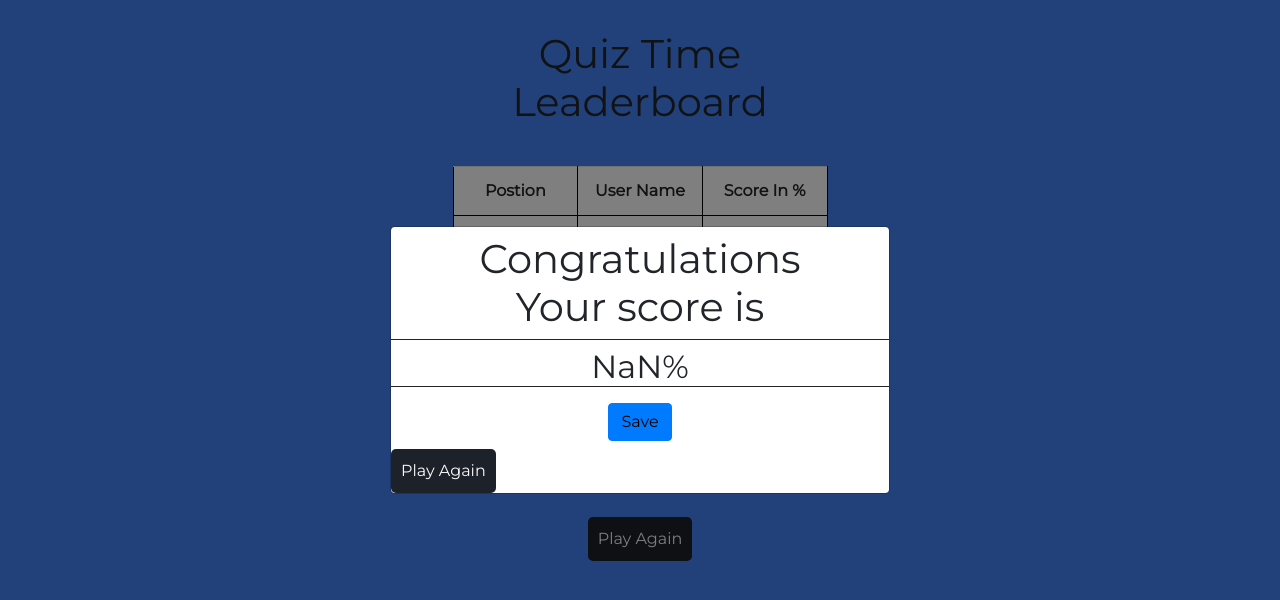
Repository: Code-Institute-Submissions/quiz-1
Page: leaderboard.html
The author's editor kept a record of every edit. The page is drawn from the files as they stood at one moment, then again after the next edit.
The browser window is 1280 px wide. The pictures show the window.
A layer covers the whole window, so only the first screen is drawn.

Above is the page before.

### leaderboard.html
<!DOCTYPE html>
<html lang="en">

<head>
    <meta charset="UTF-8">
    <meta name="viewport" content="width=device-width, initial-scale=1.0">
    <meta http-equiv="X-UA-Compatible" content="ie=edge">
    <link rel="stylesheet" href="https://stackpath.bootstrapcdn.com/bootstrap/4.4.1/css/bootstrap.min.css" type="text/css" />
    <link rel="stylesheet" href="https://stackpath.bootstrapcdn.com/font-awesome/4.7.0/css/font-awesome.min.css" type="text/css" />
    <link href="https://fonts.googleapis.com/css2?family=Montserrat&display=swap" rel="stylesheet">
    <link rel="stylesheet" href="assets/css/style.css" type="text/css" />
    <script src="https://cdnjs.cloudflare.com/ajax/libs/jquery/3.5.0/jquery.min.js" integrity="sha256-xNzN2a4ltkB44Mc/Jz3pT4iU1cmeR0FkXs4pru/JxaQ=" crossorigin="anonymous"></script>
    <script type="text/javascript" src="assets/js/modal-score.js"></script>
    <script type="text/javascript" src="assets/js/leaderboard.js"></script>
    <title>Quiz</title>
</head>

<body onload="scorePercent()">
    <div class="container-fluid home">
        <div class="modal fade" id="exampleModalCenter" tabindex="-1" role="dialog" aria-labelledby="exampleModalCenterTitle" aria-hidden="true">
            <div class="modal-dialog modal-dialog-centered" role="document">
                <div class="modal-content">
                    <div class="modal-heading">
                        <h1>Congratulations<br>Your score is</h1>
                    </div>
                    <div>
                        <h2 id="scorePercent"></h2>
                    </div>
                    <div class="modal-form">
                        <form>
                            <button type="submit" name="username" id="saveScoreBtn" class="btn btn-primary" onclick="saveHighScore()" data-dismiss="modal">Save</button>
                        </form>
                    </div>
                    <div id="footer-btns">
                        <a href="load.html" class="load-button">Play Again</a>
                    </div>
                </div>
            </div>
        </div>
        <div class="table">
            <caption><h1 class="leaderboard-title">Quiz Time<br>Leaderboard</h1></caption>
            <table id="highScores">
                <tr>
                    <th>Postion</th>
                    <th>User Name</th>
                    <th>Score In %</th>
                </tr>
                <tr>
                    <td>1st</td>
                    <td id="username-1"></td>
                    <td id="score-1" data-score1="0"></td>
                </tr>
                <tr>
                    <td>2nd</td>
                    <td id="username-2"></td>
                    <td id="score-2" data-score2="0"></td>
                </tr>
                <tr>
                    <td>3rd</td>
                    <td id="username-3"></td>
                    <td id="score-3" data-score3="0"></td>
                </tr>
                <tr>
                    <td>4th</td>
                    <td id="username-4"></td>
                    <td id="score-4" data-score4="0"></td>
                </tr>
                <tr>
                    <td>5th</td>
                    <td id="username-5"></td>
                    <td id="score-5" data-score5="0"></td>
                </tr>
            </table>
        </div>
        <div class="container-fluid load">
            <a href="load.html" class="load-button">Play Again</a>
        </div>
    </div>
    <footer class="container-fluid">
        <div id="footer-details" class="row">
            <div class="col-sm">
                <h4 class="uppercase footer-info">Social Links</h4>
                <ul class="list-inline social-links">
                    <li class="list-inline-item">
                        <a target="_blank" href="#">
                            <i class="fa fa-facebook fa-3x" aria-hidden="true"></i>
                            <span class="sr-only">Facebook</span>
                        </a>
                    </li>
                    <li class="list-inline-item">
                        <a target="_blank" href="#">
                            <i class="fa fa-twitter fa-3x" aria-hidden="true"></i>
                            <span class="sr-only">Twitter</span>
                        </a>
                    </li>
                    <li class="list-inline-item">
                        <a target="_blank" href="#">
                            <i class="fa fa-linkedin fa-3x" aria-hidden="true"></i>
                            <span class="sr-only">LinkedIn</span>
                        </a>
                    </li>
                    <li class="list-inline-item">
                        <a target="_blank" href="#">
                            <i class="fa fa-pinterest fa-3x" aria-hidden="true"></i>
                            <span class="sr-only">pinterest</span>
                        </a>
                    </li>
                    <li class="list-inline-item">
                        <a target="_blank" href="#">
                            <i class="fa fa-instagram fa-3x" aria-hidden="true"></i>
                            <span class="sr-only">Instagram</span>
                        </a>
                    </li>
                    <li class="list-inline-item">
                        <a target="_blank" href="#">
                            <i class="fa fa-youtube fa-3x" aria-hidden="true"></i>
                            <span class="sr-only">Youtube</span>
                        </a>
                    </li>
                </ul>
                <div class="copyright">
                    <p>Copyright &#169; Quiz<br>Website by Joseph Kelly</p>
                </div>
            </div>
        </div>
    </footer>
    <script src="https://code.jquery.com/jquery-3.3.1.slim.min.js" integrity="sha384-q8i/X+965DzO0rT7abK41JStQIAqVgRVzpbzo5smXKp4YfRvH+8abtTE1Pi6jizo" crossorigin="anonymous"></script>
    <script src="https://cdnjs.cloudflare.com/ajax/libs/popper.js/1.14.7/umd/popper.min.js" integrity="sha384-UO2eT0CpHqdSJQ6hJty5KVphtPhzWj9WO1clHTMGa3JDZwrnQq4sF86dIHNDz0W1" crossorigin="anonymous"></script>
    <script src="https://stackpath.bootstrapcdn.com/bootstrap/4.3.1/js/bootstrap.min.js" integrity="sha384-JjSmVgyd0p3pXB1rRibZUAYoIIy6OrQ6VrjIEaFf/nJGzIxFDsf4x0xIM+B07jRM" crossorigin="anonymous"></script>
</body>

</html>

### assets/css/style.css
body {
  font-family: 'Montserrat', sans-serif;
}



/*--------------------------- home --------------- */

.home {
  background-color: #4582F4;
  height: 765px;
}

.info {
  font-family: 'Montserrat', sans-serif;
  text-align: center;
  padding-top: 40px;
  width: 50%;
  margin: auto;
}

.load {
  display: flex;
  justify-content: center;
  align-items: center;
  padding-top: 40px;
  padding-bottom: 40px;
}

.load-button {
  background-color: #1D2129;
  webkit-appearance: button;
  -moz-appearance: button;
  appearance: button;

  text-decoration: none;
  color: #fafafa;
  padding: 10px;
  border-radius: 5px;
}

/*--------------------------- animation --------------- */

.quiz-time {
  text-align: center;
  padding-top: 100px;
  width: 100vw;
  font-family: 'Montserrat', sans-serif;
  display: flex;
  justify-content: center;
  align-items: center;
  margin: -20px;
}

h1 span {
  position: relative;
  top: 20px;
  display: inline-block;
  -webkit-animation: bounce 0.3s ease infinite alternate;
  font-size: 100px;
  color: #fff;
  text-shadow: 0 1px 0 #ccc, 0 2px 0 #ccc, 0 3px 0 #ccc, 0 4px 0 #ccc,
  0 5px 0 #ccc, 0 6px 0 transparent, 0 7px 0 transparent, 0 8px 0 transparent,
  0 9px 0 transparent, 0 10px 10px rgba(0, 0, 0, 0.4);
}

h1 span:nth-child(2) {
  -webkit-animation-delay: 0.1s;
}

h1 span:nth-child(3) {
  -webkit-animation-delay: 0.2s;
}

h1 span:nth-child(4) {
  -webkit-animation-delay: 0.3s;
}

h1 span:nth-child(5) {
  -webkit-animation-delay: 0.4s;
}

h1 span:nth-child(6) {
  -webkit-animation-delay: 0.5s;
}

h1 span:nth-child(7) {
  -webkit-animation-delay: 0.6s;
}

h1 span:nth-child(8) {
  -webkit-animation-delay: 0.2s;
}

h1 span:nth-child(9) {
  -webkit-animation-delay: 0.3s;
}

h1 span:nth-child(10) {
  -webkit-animation-delay: 0.4s;
}

h1 span:nth-child(11) {
  -webkit-animation-delay: 0.5s;
}

h1 span:nth-child(12) {
  -webkit-animation-delay: 0.6s;
}

h1 span:nth-child(13) {
  -webkit-animation-delay: 0.7s;
}

h1 span:nth-child(14) {
  -webkit-animation-delay: 0.8s;
}

/* ANIMATION */

@-webkit-keyframes bounce {
  100% {
    top: -20px;
    text-shadow: 0 1px 0 #ccc, 0 2px 0 #ccc, 0 3px 0 #ccc, 0 4px 0 #ccc,
    0 5px 0 #ccc, 0 6px 0 #ccc, 0 7px 0 #ccc, 0 8px 0 #ccc, 0 9px 0 #ccc,
    0 50px 25px rgba(0, 0, 0, 0.2);
  }
}

/*--------------------------- footer --------------- */

footer {
  color: #fafafa;
  padding-top: 25px;
  background-color: #B2B5B9;
  display: inline-block;
}

.footer-info {
  font-weight: bold;
  text-align: center;
  color: #000000;
}

.list-inline-item {
  margin-left: 10px;
  margin-right: 10px;
}

.uppercase {
  text-transform: uppercase;
}

.social-links {
  text-align: center;
  color: #000000;
}

.copyright {
  text-align: center;
  color: #000000;
}

/*--------------------------- Quiz Loading --------------- */

.select-amount {
  width: 30%;
  margin-top: 200px;
  margin-bottom: 20px;
  margin-right: 35%;
  margin-left: 35%;
}

.select-category {
  width: 30%;
  margin-top: 20px;
  margin-bottom: 20px;
  margin-right: 35%;
  margin-left: 35%;
}

.select-difficulty {
  width: 30%;
  margin-top: 20px;
  margin-bottom: 20px;
  margin-right: 35%;
  margin-left: 35%;
}

.select-type {
  width: 30%;
  margin-top: 20px;
  margin-bottom: 40px;
  margin-right: 35%;
  margin-left: 35%;
}

/*--------------------------- timer --------------- */

.countdown {
  margin: 0 auto;
  max-width: 350px;
  background: #ff0000;
  font-family: Impact, Charcoal, sans-serif;
  text-align: center;
}

.countdown .header {
  color: #c61d1d;
  text-align: center;
  font-weight: normal;
  margin: 5px 0 10px 0;
}

.countdown .square {
  display: inline-block;
  padding: 10px;
  margin: 5px;
}

.countdown .digits {
  font-size: 24px;
  background: #fff;
  color: #000;
  padding: 20px 10px;
  border-radius: 5px;
}

.countdown .text {
  margin-top: 10px;
  color: #ddd;
}

/*--------------------------- quiz page --------------- */

.btn {
  color: #000000;
}

.mute-button {
  margin-top: 20px;
  float: right;
}

.countdown-quiz {
  margin: 0 auto;
  max-width: 350px;
  background: #ff0000;
  font-family: Impact, Charcoal, sans-serif;
  text-align: center;
  clear: both;
}

.countdown-quiz .header {
  color: #c61d1d;
  text-align: center;
  font-weight: normal;
  margin: 5px 0 10px 0;
}

.countdown-quiz .square {
  display: inline-block;
  padding: 10px;
  margin: 5px;
}

.countdown-quiz .digits {
  font-size: 24px;
  background: #fff;
  color: #000;
  padding: 20px 10px;
  border-radius: 5px;
}

.countdown-quiz .text {
  margin-top: 10px;
  color: #ddd;
}

.carousel-item{
    height: 400px;
}

#question-1,
#question-2,
#question-3,
#question-4,
#question-5,
#question-6,
#question-7,
#question-8,
#question-9,
#question-10,
#question-11,
#question-12,
#question-13,
#question-14,
#question-15,
#question-16,
#question-17,
#question-18,
#question-19,
#question-20 {
  padding-top: 20px;
  text-align: center;
}

#answers-1,
#answers-2,
#answers-3,
#answers-4,
#answers-5,
#answers-6,
#answers-7,
#answers-8,
#answers-9,
#answers-10,
#answers-11,
#answers-12,
#answers-13,
#answers-14,
#answers-15,
#answers-16,
#answers-17,
#answers-18,
#answers-19,
#answers-20 {
  padding-top: 20px;
  text-align: center;
  margin: auto;
  width: 70%;
}



/*--------------------------- Leaderboard page --------------- */

.leaderboard-title {
  text-align: center;
  width: 30%;
  margin-left: auto;
  margin-right: auto;
  padding-top: 30px;
}

.modal-title {
  text-align: center;
}

table {
  margin-top: 40px;
  margin-left: auto;
  margin-right: auto;
}

table,
th,
td {
  border: solid 1px black;
  background-color: white;
  text-align: center;
  width: 30%;
}

.modal-heading {
  text-align: center;
  margin-top: 8px;
  border-bottom: solid 1px;
}

.modal-form {
  text-align: center;
  margin-top: 8px;
  margin-bottom: 8px;

}

#scorePercent {
  text-align: center;
  margin-top: 8px;
  border-bottom: solid 1px;
}

### assets/js/modal-score.js
 $(window).on('load',function(){
        $('#exampleModalCenter').modal('show');
    });

    // displays modal on page load

### assets/js/leaderboard.js
var mostRecentScore = localStorage.getItem('mostRecentScore');
var amount = sessionStorage.getItem('amount');
var tada = new Audio('assets/audio/tada.wav');
var sad = new Audio('assets/audio/sadtrombone.wav');
var scorePercent;
var username = localStorage.getItem("username");
var highScores = JSON.parse(localStorage.getItem("highScores")) || [];

console.log(highScores);

function scorePercent() {

    scorePercent = (mostRecentScore / amount) * 100;
    document.getElementById("scorePercent").innerHTML = scorePercent + "%";
}



function saveHighScore() {
    const score = {
        name: username,
        score: scorePercent
        };
    console.log(score);
    highScores.push(score);
    highScores.sort((a, b) => b.score - a.score);
    highScores.splice(5);

    document.getElementById("username-1").innerHTML = score[0].name;
    document.getElementById("score-1").innerHTML = score[0].score;
    document.getElementById("username-2").innerHTML = score[1].name;
    document.getElementById("score-2").innerHTML = score[1].score;
    document.getElementById("username-3").innerHTML = score[2].username;
    document.getElementById("score-3").innerHTML = score[2].score;
    document.getElementById("username-4").innerHTML = score[3].username;
    document.getElementById("score-4").innerHTML = score[3].score;
    document.getElementById("username-5").innerHTML = score[4].username;
    document.getElementById("score-5").innerHTML = score[4].score;

    localStorage.setItem("highScores", JSON.stringify(highScores));
}

After the next edit:
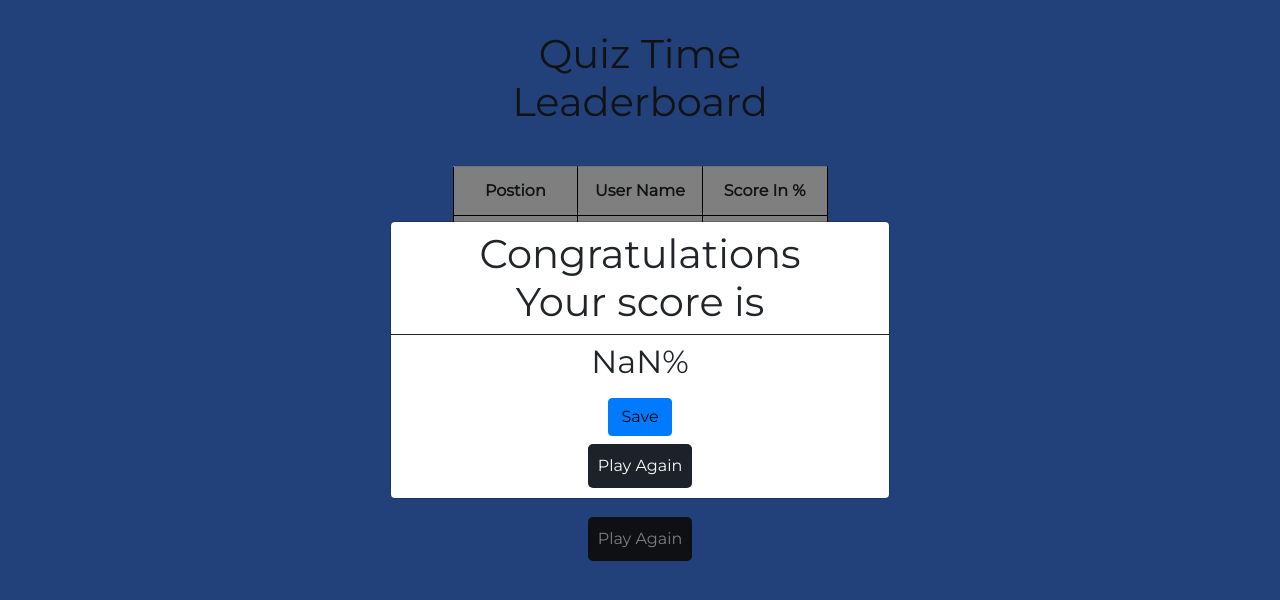
The edit:
--- a/assets/css/style.css
+++ b/assets/css/style.css
@@ -378,5 +378,9 @@
 #scorePercent {
   text-align: center;
   margin-top: 8px;
-  border-bottom: solid 1px;
-}
+}
+
+#footer-btns {
+  text-align: center;
+  margin-bottom: 10px;
+}
